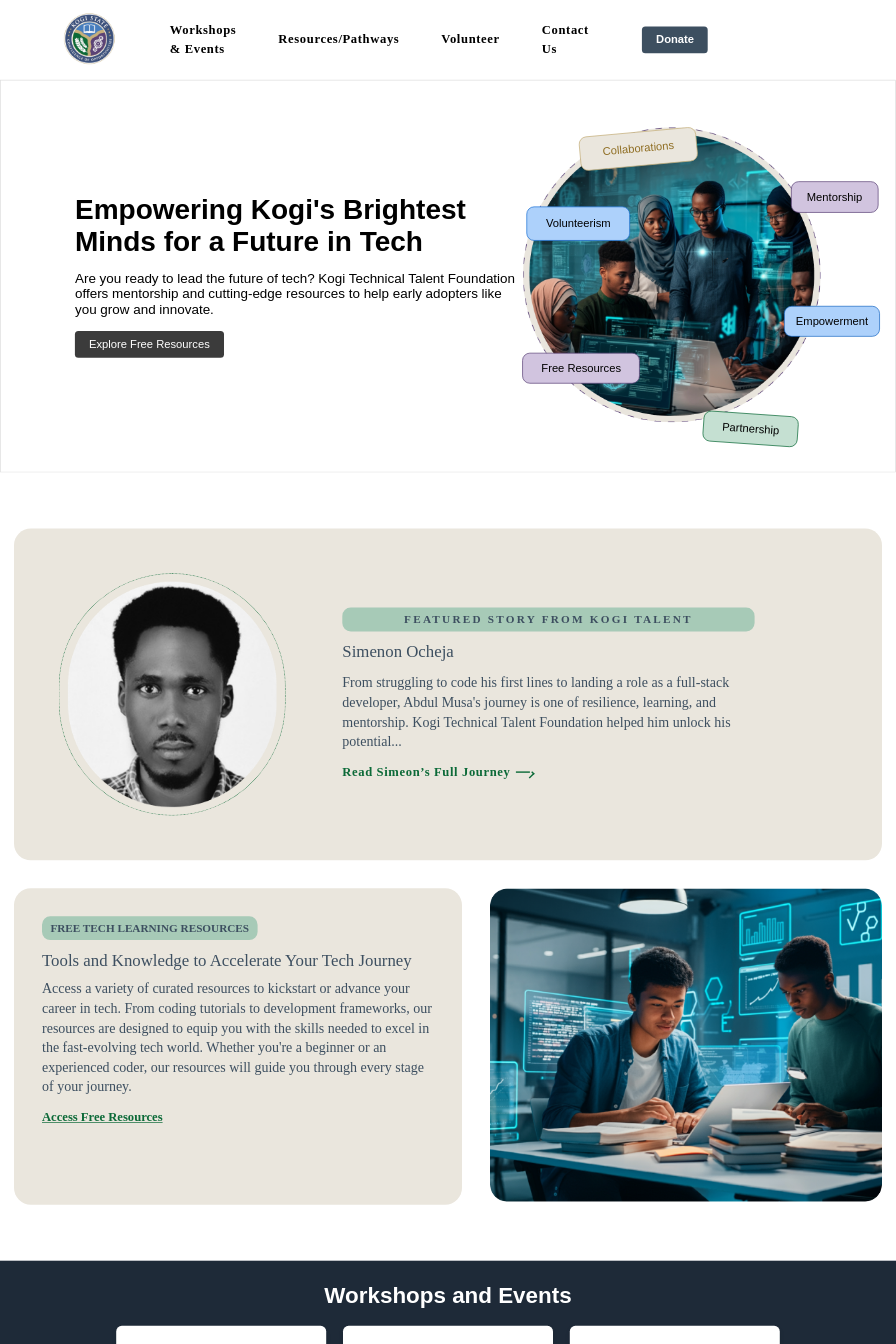
Repository: Cryptim/3MTT-Kogi-Foundation
Page: index.html
An editor plug-in stored every save of this project. The page is shown before and after the next save, followed by the edit.
The browser window is 1280 px wide. The pictures show the part of the page from y = 0 to 1920 px (the page is 3494 px tall), at 70% of full size.

Above is the page before, as saved 2024-11-04 03:02:51.

### index.html
<!DOCTYPE html>
<html lang="en">
  <head>
    <meta charset="UTF-8" />
    <meta name="viewport" content="width=device-width, initial-scale=1.0" />
    <title>Three Million Technical Talent Foundation</title>
    <link rel="stylesheet" href="stlyes/style.css" />
  </head>
  <body>
    <header class="header">
      <div class="logo">
        <img src="assets/images/logo.png" alt="Foundation Logo" />
      </div>
      <nav class="nav">
        <a href="#">Workshops & Events</a>
        <a href="#">Resources/Pathways</a>
        <a href="#">Volunteer</a>
        <a href="#">Contact Us</a>
      </nav>
      <div class="donate-button">
        <button>Donate</button>
      </div>
    </header>
    <div class="hero-section">
      <div class="text-container">
        <h1>Empowering Kogi's Brightest Minds for a Future in Tech</h1>
        <p>
          Are you ready to lead the future of tech? Kogi Technical Talent
          Foundation offers mentorship and cutting-edge resources to help early
          adopters like you grow and innovate.
        </p>
        <button>Explore Free Resources</button>
      </div>
      <div class="image-container">
        <img
          src="assets/images/Frame 5.png"
          alt="Team working with technology"
        />
        <div class="tag tag-collaborations">Collaborations</div>
        <div class="tag tag-volunteerism">Volunteerism</div>
        <div class="tag tag-mentorship">Mentorship</div>
        <div class="tag tag-empowerment">Empowerment</div>
        <div class="tag tag-free-resources">Free Resources</div>
        <div class="tag tag-partnership">Partnership</div>
      </div>
    </div>
    <div
      style="
        display: flex;
        flex-direction: column;
        gap: 40px;
        padding: 80px 20px;
        background-color: #fff;
      "
    >
      <!-- Featured Story Section -->
      <div
        style="
          width: 100%;
          padding: 64px;
          background: #eae6dd;
          border-radius: 24px;
          display: flex;
          align-items: center;
          gap: 81px;
        "
      >
        <div
          style="
            height: 346px;
            padding: 12px;
            border-radius: 500px;
            border: 1px #0c6a38 dotted;
            display: flex;
            align-items: center;
          "
        >
          <img
            style="
              color: #3d4f60;
              font-size: 16px;
              font-family: Cascadia Code;
              font-weight: 600;
              text-transform: uppercase;
              line-height: 28px;
              letter-spacing: 3.2px;
              word-wrap: break-word;
            "
            src="assets/images/Simeon ocheja 1.png"
            alt="Simenon Ocheja"
          />
        </div>
        <div
          style="width: 589px; display: flex; flex-direction: column; gap: 16px"
        >
          <div
            style="
              padding: 8px 12px;
              background: #a7cab7;
              border-radius: 12px;
              text-align: center;
            "
          >
            <span
              style="
                color: #3d4f60;
                font-size: 16px;
                font-family: Cascadia Code;
                font-weight: 600;
                text-transform: uppercase;
                letter-spacing: 3.2px;
              "
              >Featured Story from Kogi talent</span
            >
          </div>
          <h2
            style="
              color: #3d4f60;
              font-size: 24px;
              font-family: Cascadia Code;
              font-weight: 400;
            "
          >
            Simenon Ocheja
          </h2>
          <p
            style="
              width: 100%;
              color: #3d4f60;
              font-size: 20px;
              font-family: Cascadia Code;
              font-weight: 300;
              line-height: 28px;
              word-wrap: break-word;
            "
          >
            From struggling to code his first lines to landing a role as a
            full-stack developer, Abdul Musa's journey is one of resilience,
            learning, and mentorship. Kogi Technical Talent Foundation helped
            him unlock his potential...
          </p>
          <div style="display: flex; align-items: center; gap: 8px">
            <span
              style="
                color: #0c6a38;
                font-size: 18px;
                font-family: Cascadia Code;
                font-weight: 700;
                line-height: 27.2px;
                letter-spacing: 0.9px;
                word-wrap: break-word;
              "
              >Read Simeon’s Full Journey</span
            >
            <div style="width: 24px; height: 24px; position: relative">
              <div
                style="
                  width: 20px;
                  height: 0;
                  position: absolute;
                  border-top: 2.5px solid #0c6a38;
                  top: 50%;
                  left: 0;
                "
              ></div>
              <div
                style="
                  width: 5px;
                  height: 10px;
                  position: absolute;
                  border-right: 2.5px solid #0c6a38;
                  border-top: 2.5px solid #0c6a38;
                  top: 50%;
                  right: 0;
                  transform: rotate(45deg);
                "
              ></div>
            </div>
          </div>
        </div>
      </div>

      <!-- Free Tech Learning Resources Section -->
      <div style="display: flex; gap: 40px">
        <div
          style="
            flex: 1;
            padding: 40px;
            background: #eae6dd;
            border-radius: 24px;
          "
        >
          <div
            style="
              padding: 8px 12px;
              background: #a7cab7;
              border-radius: 12px;
              display: inline-block;
            "
          >
            <span
              style="
                color: #3d4f60;
                font-size: 16px;
                font-family: Cascadia Code;
                font-weight: 600;
                text-transform: uppercase;
              "
              >Free Tech Learning Resources</span
            >
          </div>
          <h3
            style="
              color: #3d4f60;
              font-size: 24px;
              font-family: Cascadia Code;
              font-weight: 400;
              margin-top: 16px;
            "
          >
            Tools and Knowledge to Accelerate Your Tech Journey
          </h3>
          <p
            style="
              color: #3d4f60;
              font-size: 20px;
              font-family: Cascadia Code;
              font-weight: 300;
              line-height: 1.4;
              margin-top: 12px;
            "
          >
            Access a variety of curated resources to kickstart or advance your
            career in tech. From coding tutorials to development frameworks, our
            resources are designed to equip you with the skills needed to excel
            in the fast-evolving tech world. Whether you're a beginner or an
            experienced coder, our resources will guide you through every stage
            of your journey.
          </p>
          <a
            href="#"
            style="
              color: #0c6a38;
              font-size: 18px;
              font-family: Cascadia Code;
              font-weight: 700;
              display: inline-block;
              margin-top: 20px;
            "
            >Access Free Resources</a
          >
        </div>
        <div style="flex: 1">
          <img
            style="width: 100%; border-radius: 24px"
            src="assets/images/Resources image 1.png"
            alt="Tech Journey"
          />
        </div>
      </div>
    </div>
    <!-- workshop section -->
    <section class="workshops-section">
      <h2>Workshops and Events</h2>
      <div class="workshops-container">
        <div class="workshop-card">
          <div class="icon">
            <img
              src="assets/images/computer-phone-sync.svg"
              alt="Digital Literacy Icon"
            />
          </div>
          <h3>Digital Literacy Essentials</h3>
          <p>
            This foundational workshop is designed to equip participants with
            the essential skills needed to navigate the digital world
            confidently.
          </p>
          <button>Start Learning</button>
        </div>
        <div class="workshop-card">
          <div class="icon">
            <img
              src="assets/images/computer-programming-01.svg"
              alt="Networking Icon"
            />
          </div>
          <h3>Tech Networking Night</h3>
          <p>
            Expand your professional network at our Tech Networking Night! Meet
            industry leaders, fellow tech enthusiasts, and potential mentors in
            an informal setting.
          </p>
          <button>Save Your Spot</button>
        </div>
        <div class="workshop-card">
          <div class="icon">
            <img
              src="assets/images/computer-video-call.svg"
              alt="Marketing Icon"
            />
          </div>
          <h3>Digital Marketing Masterclass</h3>
          <p>
            This workshop covers SEO, social media strategies, and content
            creation techniques to help participants promote their skills and
            projects online.
          </p>
          <button>Join the Masterclass</button>
        </div>
      </div>
    </section>
    <!--  Event section-->
    <section class="events-section">
      <h2>Upcoming Events</h2>
      <div class="events-container">
        <div class="event-card">
          <img
            src="assets/images/cloud-african 1.png"
            alt="Cloud Computing Workshop"
          />
          <h3>Getting Started with Cloud Computing: A Beginner's Guide</h3>
          <p>
            This introductory workshop will guide you through the fundamentals
            of cloud computing.
          </p>
          <div class="event-info">
            <span class="event-date"
              ><img
                src="assets/images/calendar-01.svg"
                alt="Calendar Icon"
                class="icon"
              />
              December 5, 2024</span
            >
            <span class="event-time"
              ><img
                src="assets/images/alarm-clock.svg"
                alt="Clock Icon"
                class="icon"
              />
              10:00 AM - 12:00 PM</span
            >
          </div>
        </div>
        <div class="event-card">
          <img
            src="assets/images/digital marketing.png"
            alt="Social Media for Entrepreneurs"
          />
          <h3>Mastering Social Media for Digital Entrepreneurs</h3>
          <p>
            Discover content creation strategies, audience engagement
            techniques, and more.
          </p>
          <div class="event-info">
            <span class="event-date"
              ><img
                src="assets/images/calendar-01.svg"
                alt="Calendar Icon"
                class="icon"
              />
              December 5, 2024</span
            >
            <span class="event-time"
              ><img
                src="assets/images/alarm-clock.svg"
                alt="Clock Icon"
                class="icon"
              />
              10:00 AM - 12:00 PM</span
            >
          </div>
        </div>
        <div class="event-card">
          <img
            src="assets/images/python.png"
            alt="Python Programming Workshop"
          />
          <h3>Intro to Python Programming: Building Your First App</h3>
          <p>
            This online workshop is perfect for beginners looking to learn
            Python programming.
          </p>
          <div class="event-info">
            <span class="event-date"
              ><img
                src="assets/images/calendar-01.svg"
                alt="Calendar Icon"
                class="icon"
              />
              December 5, 2024</span
            >
            <span class="event-time"
              ><img
                src="assets/images/alarm-clock.svg"
                alt="Clock Icon"
                class="icon"
              />
              10:00 AM - 12:00 PM</span
            >
          </div>
        </div>
      </div>
    </section>
    <!-- Mentor section -->
    <section class="mentors-section">
      <h2>Meet Our Mentors and Contributors</h2>
      <p>
        Meet Our MAt the heart of the Kogi Technical Talent Foundation is a
        dedicated team of mentors and contributors who are passionate about
        sharing their knowledge and expertise. Our mentors come from diverse
        backgrounds in technology, entrepreneurship, and innovation, providing
        invaluable guidance to help you navigate your career journey. Whether
        you're looking to enhance your coding skills, explore new fields like
        digital marketing, or get advice on launching your own tech startup, our
        mentors are here to support you.
      </p>
      <a href="#" class="explore-link">Explore Our Mentor’s Profile →</a>
      <div class="mentors-container">
        <div class="mentor-card">
          <img src="assets/images/Frame 19.png" alt="Omachoko Arome" />
          <h3>Omachoko Arome</h3>
        </div>
        <div class="mentor-card">
          <img src="assets/images/Frame 20.png" alt="Marian Musa" />
          <h3>Marian Musa</h3>
        </div>
        <div class="mentor-card">
          <img src="assets/images/Frame 21.png" alt="Ismaila Omeiza" />
          <h3>Ismaila Omeiza</h3>
        </div>
        <div class="mentor-card">
          <img src="assets/images/Frame 22.png" alt="Timothy Ignatius" />
          <h3>Timothy Ignatius</h3>
        </div>
      </div>
    </section>
  </body>
</html>

### stlyes/style.css
* {
  margin: 0;
  padding: 0;
  box-sizing: border-box;
}

body {
  font-family: Arial, sans-serif;
}

.header {
  width: 100%;
  height: 100%;
  padding-left: 180px;
  padding-right: 180px;
  padding-top: 16px;
  padding-bottom: 16px;
  justify-content: center;
  align-items: center;
  gap: 66px;
  display: inline-flex;
}

.logo img {
  width: 78px; /* Adjust size as needed */
  height: 78px;
}

.nav {
  justify-content: flex-start;
  align-items: center;
  gap: 40px;
  display: flex;
}

.nav a {
  padding: 10px;
  justify-content: center;
  align-items: center;
  gap: 10px;
  display: flex;
  transition: color 0.3s;
  font-size: 18px;
  text-decoration: none;
  color: black;
  font-size: 18px;
  font-family: Cascadia Code;
  font-weight: 700;
  line-height: 27.2px;
  letter-spacing: 0.9px;
  word-wrap: break-word;
}

.nav a:hover {
  color: #007bff;
}

.donate-button {
  margin-right: 180px; /* Adds space to the right of the button */
}

.donate-button button {
  padding: 10px 20px;
  background-color: #3d4f60;
  color: #fff;
  border: none;
  border-radius: 5px;
  cursor: pointer;
  font-weight: bold;
  transition: background-color 0.3s;
}

.donate-button button:hover {
  background-color: #007bff;
}

/* Responsive adjustments */
@media (max-width: 768px) {
  .header {
    flex-direction: column;
    align-items: center;
  }

  .logo,
  .donate-button {
    margin: 0; /* Remove margins for smaller screens */
  }

  .nav {
    flex-direction: column;
    gap: 10px;
  }
}

/* section one */
.hero-section {
  display: flex;
  align-items: center;
  /* padding: 50px; */
  background-color: #fff;
  border: 1px solid #ddd;
  height: 560.85px;
  justify-content: center;
  align-items: center;
}

.text-container {
  max-width: 50%;
}

.text-container h1 {
  font-size: 2.5em;
  font-weight: bold;
  margin-bottom: 20px;
}

.text-container p {
  font-size: 1.2em;
  margin-bottom: 20px;
}

.text-container button {
  padding: 10px 20px;
  background-color: #3b3b3b;
  color: #fff;
  border: none;
  border-radius: 5px;
  cursor: pointer;
  font-size: 1em;
}

.image-container {
  position: relative;
  max-width: 560.85px;
}

.image-container img {
  width: 100%;
  height: 423.01px;
  border-radius: 283.9px;
}

.tag {
  /* position: absolute;
  padding: 5px 10px;
  font-size: 18.26px;
  background-color: #f0f0f0;
  border-radius: 10.95px;
  font-weight: 300;
  width: 168.26px;
  text-align: center;
  height: 48.73px;
  justify-content: center;
  align-items: center;
  align-self: center; */
}

.tag-collaborations {
  width: 168.26px;
  height: 48.73px;
  padding: 9.13px;
  left: 80.33px;
  top: 15.28px;
  color: #8f6e23;
  position: absolute;
  transform: rotate(-5.21deg);
  transform-origin: 0 0;
  background: #eae6dd;
  border-radius: 10.95px;
  border: 0.5px #c6af7b solid;
  justify-content: center;
  align-items: center;
  gap: 9.13px;
  display: inline-flex;
}

.tag-volunteerism {
  width: 147.26px;
  height: 48.73px;
  padding: 9.13px;
  left: 6.39px;
  top: 114.11px;
  position: absolute;
  background: #add1fb;
  border-radius: 10.95px;
  border: 0.5px #1d71d5 solid;
  justify-content: center;
  align-items: center;
  gap: 9.13px;
  display: inline-flex;
}

.tag-mentorship {
  width: 125.26px;
  height: 44.26px;
  padding: 9.13px;
  left: 383.42px;
  top: 78.51px;
  position: absolute;
  background: #d1c4df;
  border-radius: 10.95px;
  border: 0.5px #5b4377 solid;
  justify-content: center;
  align-items: center;
  gap: 9.13px;
  display: inline-flex;
}

.tag-empowerment {
  width: 136.26px;
  height: 44.26px;
  padding: 9.13px;
  left: 374.29px;
  top: 255.61px;
  position: absolute;
  background: #add1fb;
  border-radius: 10.95px;
  border: 0.5px #1967c3 solid;
  justify-content: center;
  align-items: center;
  gap: 9.13px;
  display: inline-flex;
}

.tag-free-resources {
  width: 168.26px;
  height: 44.26px;
  padding: 9.13px;
  left: 0px;
  top: 323.17px;
  position: absolute;
  background: #d1c4df;
  border-radius: 10.95px;
  border: 0.5px #5b4377 solid;
  justify-content: center;
  align-items: center;
  gap: 9.13px;
  display: inline-flex;
}

.tag-partnership {
  width: 136.26px;
  height: 44.26px;
  padding: 9.13px;
  left: 259.61px;
  top: 405.33px;
  position: absolute;
  transform: rotate(4deg);
  transform-origin: 0 0;
  background: #c5e0d2;
  border-radius: 10.95px;
  border: 0.5px #0c6a38 solid;
  justify-content: center;
  align-items: center;
  gap: 9.13px;
  display: inline-flex;
}

/* workshop section */
.workshops-section {
  padding: 2rem;
  text-align: center;
  background-color: #1e2a38;
  color: #fff;
}

.workshops-section h2 {
  font-size: 2rem;
  margin-bottom: 1.5rem;
}

.workshops-container {
  display: flex;
  flex-wrap: wrap;
  justify-content: center;
  gap: 1.5rem;
}

.workshop-card {
  background-color: #fff;
  color: #333;
  border-radius: 8px;
  box-shadow: 0 4px 8px rgba(0, 0, 0, 0.1);
  width: 100%;
  max-width: 300px;
  padding: 1.5rem;
  text-align: left;
  transition: transform 0.3s;
}

.workshop-card:hover {
  transform: translateY(-5px);
}

.icon {
  font-size: 2rem;
  margin-bottom: 1rem;
}

.workshop-card h3 {
  font-size: 1.25rem;
  margin-bottom: 0.75rem;
}

.workshop-card p {
  font-size: 0.95rem;
  margin-bottom: 1.5rem;
}

button {
  background-color: #007bff;
  color: #fff;
  padding: 0.5rem 1rem;
  border: none;
  border-radius: 5px;
  font-size: 1rem;
  cursor: pointer;
  transition: background-color 0.3s;
}

button:hover {
  background-color: #0056b3;
}

/* Responsive Design */
@media (max-width: 768px) {
  .workshops-container {
    flex-direction: column;
    align-items: center;
  }
}

/* event section*/
.events-section {
  padding: 2rem;
  text-align: center;
  background-color: #fff;
}

.events-section h2 {
  font-size: 2rem;
  margin-bottom: 1.5rem;
}

.events-container {
  display: flex;
  flex-wrap: wrap;
  justify-content: center;
  gap: 1.5rem;
}

.event-card {
  background-color: #ffffff;
  border-radius: 8px;
  box-shadow: 0 4px 8px rgba(0, 0, 0, 0.1);
  width: 100%;
  max-width: 300px;
  text-align: left;
  overflow: hidden;
  transition: transform 0.3s;
}

.event-card:hover {
  transform: translateY(-5px);
}

.event-card img {
  width: 100%;
  height: auto;
  /* border-bottom: 2px solid #ddd; */
}

.event-card h3 {
  font-size: 1.25rem;
  margin: 1rem 1rem 0.5rem;
  color: #1e2a38;
}

.event-card p {
  font-size: 0.95rem;
  margin: 0.5rem 1rem 1rem;
  color: #555;
}

.event-info {
  display: flex;
  justify-content: space-between;
  padding: 1rem;
  /* border-top: 1px solid #ddd; */
  font-size: 0.9rem;
  color: #777;
}

.event-date,
.event-time {
  display: flex;
  align-items: center;
  gap: 0.25rem;
}

.event-info .icon {
  width: 24px; /* Set the icon width */
  height: 24px; /* Set the icon height */
  margin-right: 5px; /* Space between icon and text */
  vertical-align: middle; /* Aligns icon with text */
}
/* Responsive Design */
@media (max-width: 768px) {
  .events-container {
    flex-direction: column;
    align-items: center;
  }
}
/* Mentor section */
.mentors-section {
  max-width: 1000px;
  margin: 0 auto;
  padding: 2rem;
  background-color: #2b3a42;
}

.mentors-content {
  display: flex;
  gap: 2rem;
  align-items: flex-start;
}

.mentors-text {
  flex: 1;
}

.mentors-section h2 {
  font-size: 2rem;
  margin-bottom: 1rem;
  color: #dbe0e4;
  font-weight: bold;
}

.mentors-section p {
  font-size: 1rem;
  line-height: 1.6;
  margin-bottom: 1.5rem;
  color: #dbe0e4;
}

.explore-link {
  display: inline-block;
  margin-top: 1rem;
  font-size: 1rem;
  color: #ffd85f; /* Yellow color for link */
  text-decoration: none;
  font-weight: bold;
}

.mentors-container {
  display: grid;
  grid-template-columns: 1fr 1fr;
  gap: 1.5rem;
  flex: 1;
}

.mentor-card {
  background-color: #d7e7f0;
  border-radius: 12px;
  padding: 1rem;
  text-align: center;
  transition: transform 0.3s;
  color: #2b3a42; /* Dark text color */
}

.mentor-card:hover {
  transform: scale(1.05);
}

.mentor-card img {
  width: 80px;
  height: 80px;
  border-radius: 50%;
  object-fit: cover;
  margin-bottom: 0.5rem;
}

.mentor-card h3 {
  font-size: 1rem;
  color: #2b3a42;
  margin-top: 0.5rem;
  padding: 0.3rem 0.6rem;
  border-radius: 5px;
  background-color: rgba(255, 255, 255, 0.8); /* Slight background for text */
}

/* Responsive styling for smaller screens */
@media (max-width: 768px) {
  .mentors-content {
    flex-direction: column;
  }

  .mentors-container {
    grid-template-columns: 1fr;
  }
}

@media (max-width: 480px) {
  .mentor-card img {
    width: 70px;
    height: 70px;
  }

  .mentors-section h2 {
    font-size: 1.5rem;
  }

  .mentors-section p {
    font-size: 0.85rem;
  }
}

After the next save:
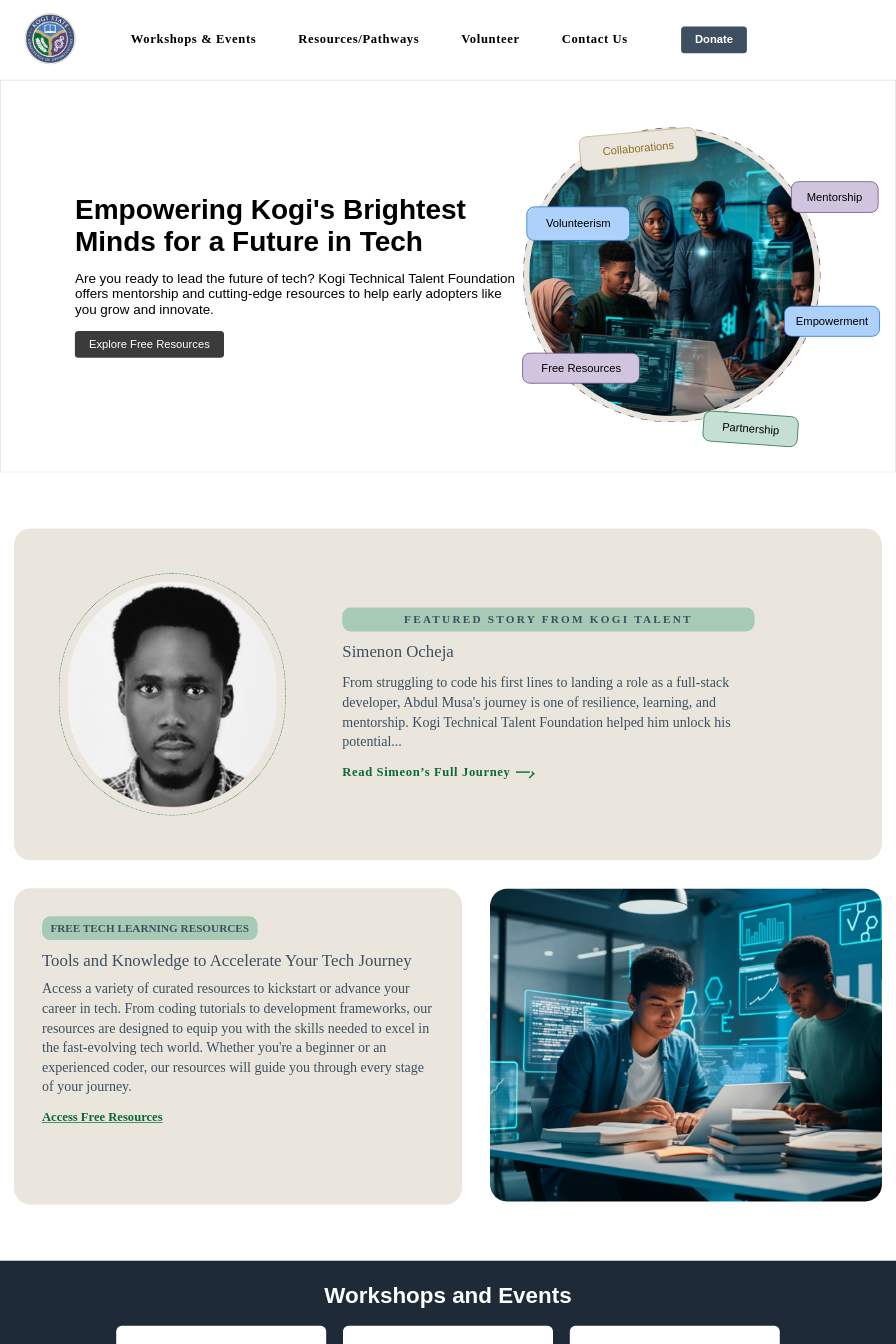
Saved 30 s later.
--- a/stlyes/style.css
+++ b/stlyes/style.css
@@ -11,8 +11,8 @@
 .header {
   width: 100%;
   height: 100%;
-  padding-left: 180px;
-  padding-right: 180px;
+  /* padding-left: 180px;
+  padding-right: 180px; */
   padding-top: 16px;
   padding-bottom: 16px;
   justify-content: center;
